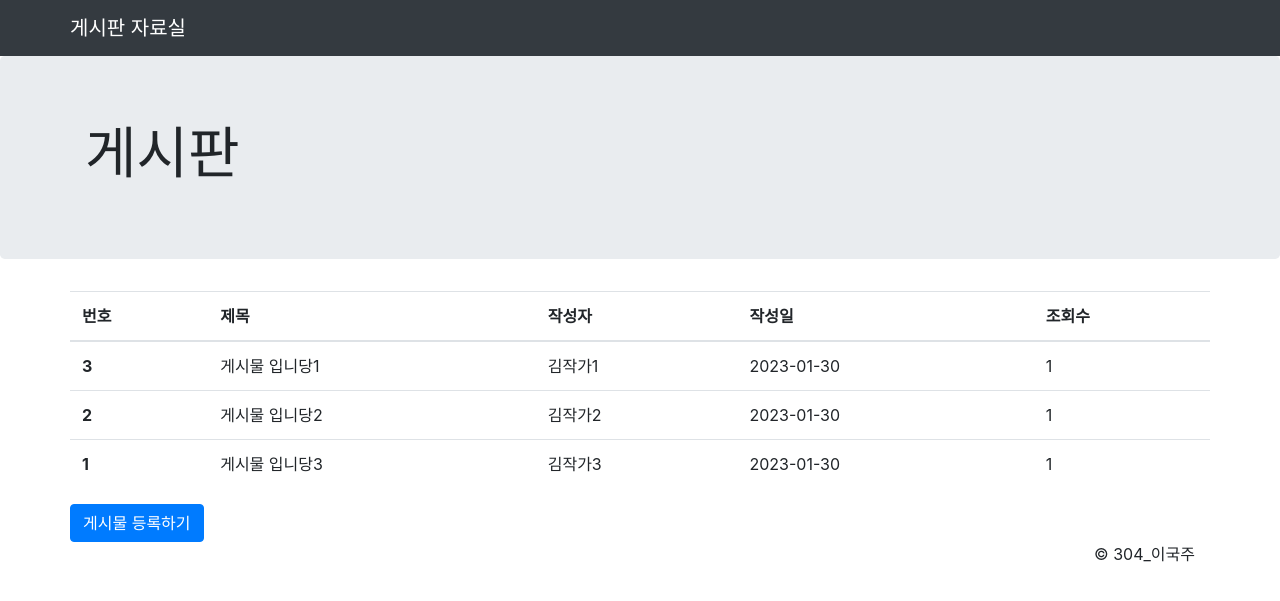
Repository: LeeKukJu/JSP-Study
Page: http://localhost/JSPBook/ch11/totaltest/boardList.jsp
These files come from the project's save history. The page is drawn as it stood at one moment and after the next save; the edit follows.
The browser window is 1280 px wide. The pictures show the whole page.
The page is served by Tomcat 9. Nobody is signed in. The application's start-up code is not run.

Above is the page before, as saved 2023-02-03 10:40:47.

After the next save:
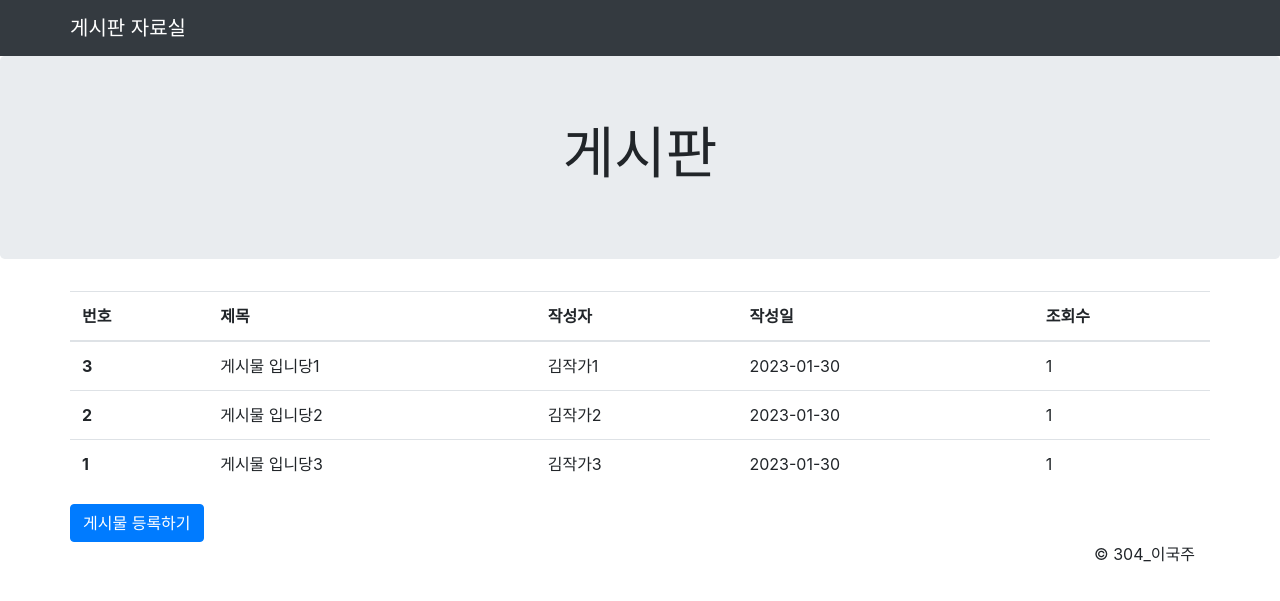
Saved 48 s later.
--- a/JSPBook/WebContent/ch11/totaltest/boardList.jsp
+++ b/JSPBook/WebContent/ch11/totaltest/boardList.jsp
@@ -62,7 +62,7 @@
 
 
 	<div class="jumbotron">
-		<div class="container">
+		<div class="container" align="center">
 			<h1 class="display-4">게시판</h1>
 		</div>
 	</div>
